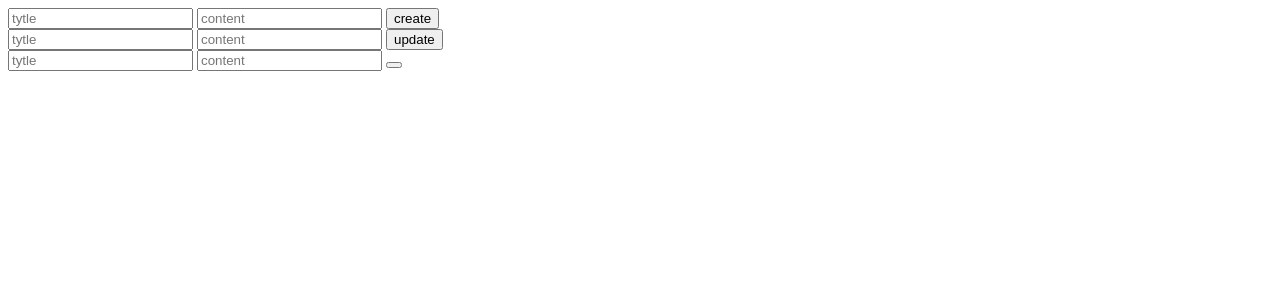
Repository: elchananChen/IITC-ELCHANAN
Page: 2024/10/14CRUD/index.html
The author's editor kept a copy of each file at every save. The page is drawn from the files as they stood at one save, then again after the next save.
The browser window is 1280 px wide. The pictures show the whole page.
The page's requests for data from a server got no answer.

Above is the page before, as saved 2024-10-15 00:31:55.
Console error: TypeError: Cannot read properties of undefined (reading '_id')

### 2024/10/14CRUD/index.html
<!DOCTYPE html>
<html lang="en">
  <head>
    <meta charset="UTF-8" />
    <meta name="viewport" content="width=device-width, initial-scale=1.0" />
    <title>Document</title>
  </head>
  <body>
    <form class="creat-post">
      <input name="title" type="text" placeholder="tytle" />
      <input name="content" type="text" placeholder="content" />
      <button class="create-btn">create</button>
    </form>
    <form class="update-post">
      <input name="title" type="text" placeholder="tytle" />
      <input name="content" type="text" placeholder="content" />
      <button class="update-btn">update</button>
    </form>
    <form class="get-by-id">
      <input name="title" type="text" placeholder="tytle" />
      <input name="content" type="text" placeholder="content" />
      <button class="get-by-id"></button>
    </form>
    <ul></ul>

    <script src="https://cdn.jsdelivr.net/npm/axios/dist/axios.min.js"></script>
    <script src="main.js"></script>
  </body>
</html>

### 2024/10/14CRUD/main.js
const ulEl = document.querySelector("ul");

const randerAllPosts = async () => {
  try {
    const response = await axios.get(
      "https://api-playground-ten.vercel.app/posts"
    );
    console.log("All posts:", response.data);
    const data = response.data;
    data.forEach((currentPost) => {
      ulEl.innerHTML += `<li>
         <div>
         <h2>${currentPost.title}</h2>
         <p>${currentPost.content}</p>
         </div>
         </li>`;
    });
  } catch (error) {
    console.error(
      "Error fetching posts:",
      error.response?.data || error.message
    );
  }
};
// getAllPosts();

async function randerpost(ID) {
  try {
    const response = await axios.get(
      `https://api-playground-ten.vercel.app/posts/${ID}`
    );
    console.log("All posts:", response.data);
    const data = response.data;
    ulEl.innerHTML += `<li>
        <div>
        <h2>${data.title}</h2>
        <p>${data.content}</p>
        </div>
     </li>`;
  } catch (error) {
    console.error(
      "Error fetching posts:",
      error.response?.data || error.message
    );
  }
}

async function creatPost(tytle, content) {
  try {
    const response = await axios.post(
      `https://api-playground-ten.vercel.app/posts`,
      {
        title: tytle,
        content: content,
      }
    );
    console.log("Post created:", response.data);
    return response.data;
  } catch (error) {
    console.error(
      "Error creating post:",
      error.response?.data || error.message
    );
  }
}
// creatPost("yay", "yampampus and me");

async function createAndRander(title, content) {
  const data = await creatPost(title, content);
  randerpost(data._id);
}
createAndRander("binary", "nambers 0 1");

// const baba = {
// name: "baba",
// contect: {
//     // banana: "yami",
//     phone: "03023",
// },
// };

// const {
// contect: { phone },
// } = baba;

// console.log(phone);

After the next save:
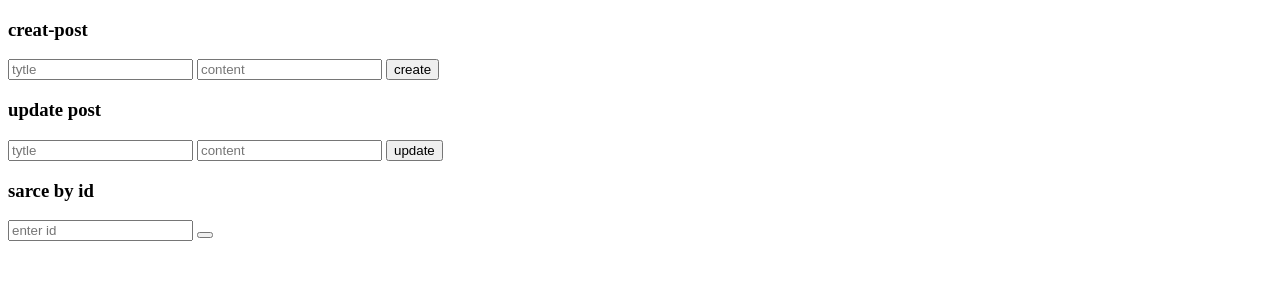
Saved 7 min 35 s later.
--- a/2024/10/14CRUD/index.html
+++ b/2024/10/14CRUD/index.html
@@ -6,19 +6,21 @@
     <title>Document</title>
   </head>
   <body>
+    <h3>creat-post</h3>
     <form class="creat-post">
       <input name="title" type="text" placeholder="tytle" />
       <input name="content" type="text" placeholder="content" />
       <button class="create-btn">create</button>
     </form>
+    <h3>update post</h3>
     <form class="update-post">
       <input name="title" type="text" placeholder="tytle" />
       <input name="content" type="text" placeholder="content" />
       <button class="update-btn">update</button>
     </form>
+    <h3>sarce by id</h3>
     <form class="get-by-id">
-      <input name="title" type="text" placeholder="tytle" />
-      <input name="content" type="text" placeholder="content" />
+      <input name="get-by-id" type="text" placeholder="enter id" />
       <button class="get-by-id"></button>
     </form>
     <ul></ul>
